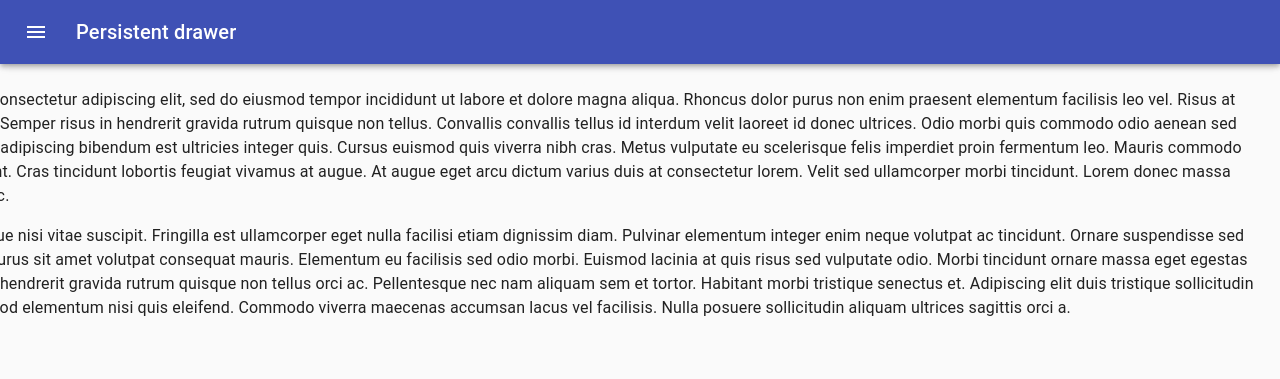
Repository: liaobushi520/react_fake_wechat
Page: /
The author's editor kept a copy of each file at every save. The page is drawn from the files as they stood at one save, then again after the next save.
The browser window is 1280 px wide. The pictures show the whole page.
The project was rebuilt for these pictures with package versions that can differ from the ones it lists, and the page was loaded fresh each time.

Above is the page before, as saved 2019-10-29 18:10:30.

After the next save:
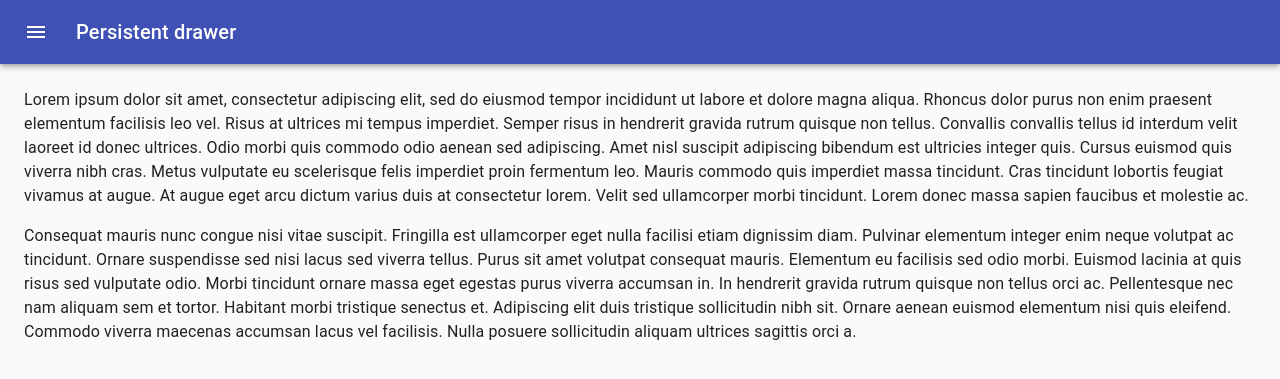
Saved 16 h 11 min later.
--- a/src/PersistentDrawerLeft.tsx
+++ b/src/PersistentDrawerLeft.tsx
@@ -119,7 +119,7 @@ export default function PersistentDrawerLeft() {
             </AppBar>
             <Drawer
                 className={classes.drawer}
-                variant="temporary"
+                variant="persistent"
                 anchor="left"
                 open={open}
                 classes={{
